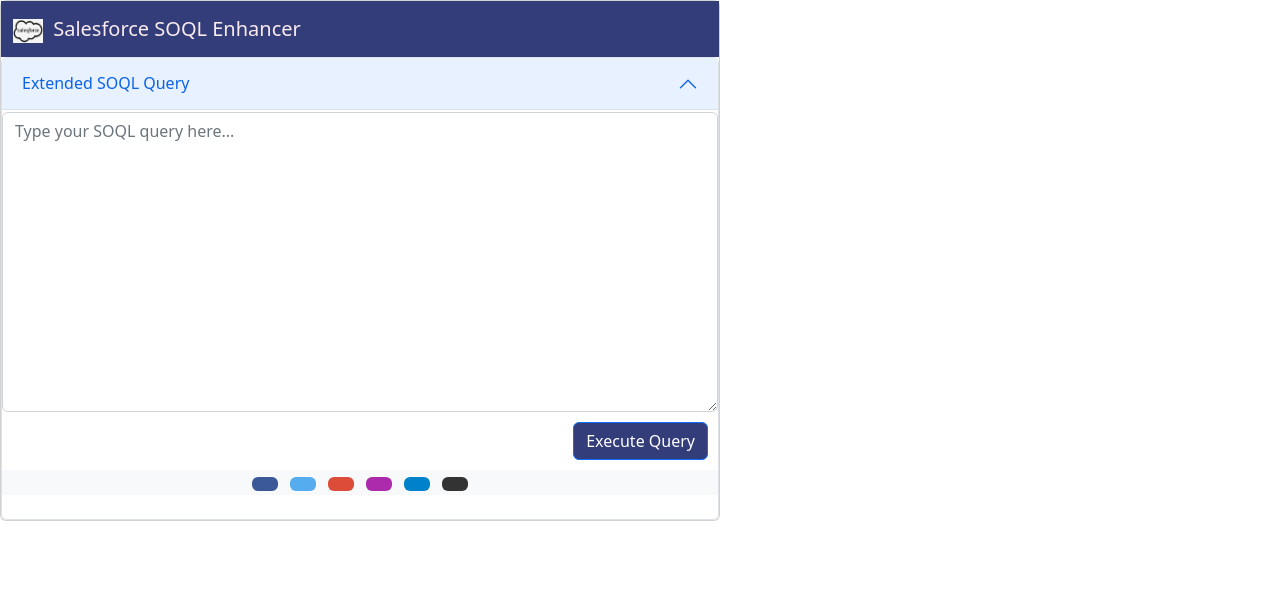
Repository: anweshpargi/salesforceExtension
Page: popup.html
An editor plug-in stored every save of this project. The page is shown before and after the next save, followed by the edit.
The browser window is 1280 px wide. The pictures show the whole page.

Above is the page before, as saved 2023-08-28 10:30:33.
Not found: js/jsforce.js

After the next save:
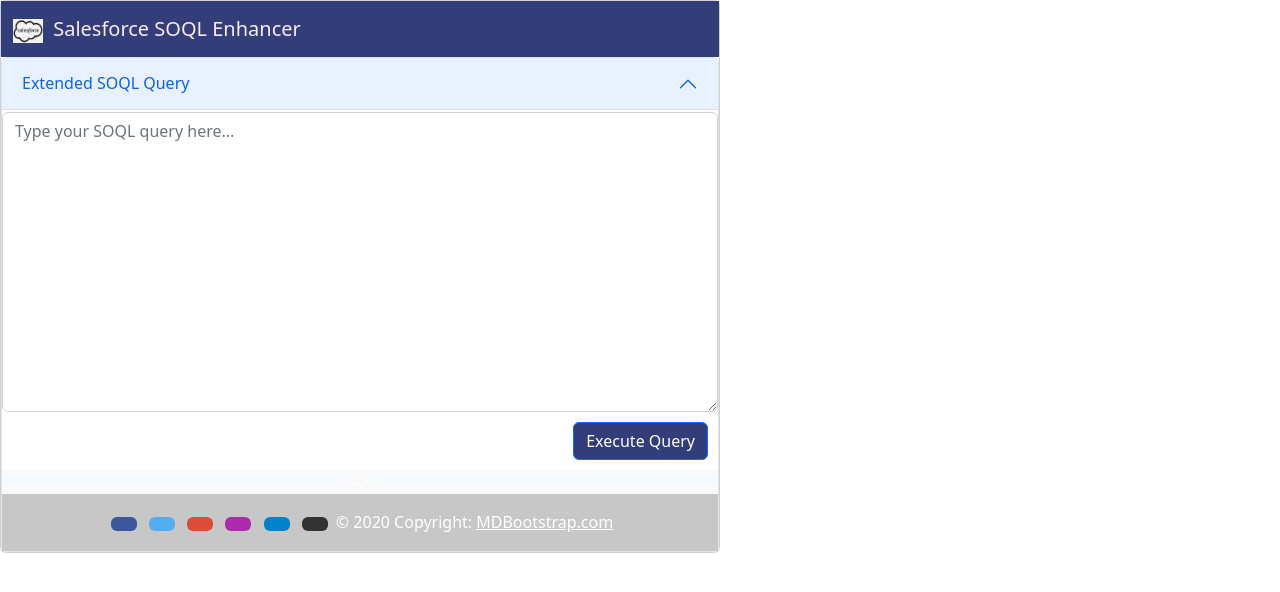
Saved 3 min 0 s later.
--- a/popup.html
+++ b/popup.html
@@ -59,69 +59,71 @@
                     <!-- Grid container -->
                     <!-- <div class="container p-4 pb-0"> -->
                       <!-- Section: Social media -->
-                      <section class="mb-4">
+                      <!-- <section class="mb-4">
                         <!-- Facebook -->
-                        <a
-                          class="btn text-white btn-floating m-1"
-                          style="background-color: #3b5998;"
-                          href="#!"
-                          role="button"
-                          ><i class="fab fa-facebook-f"></i
-                        ></a>
 
-                        <!-- Twitter -->
-                        <a
-                          class="btn text-white btn-floating m-1"
-                          style="background-color: #55acee;"
-                          href="#!"
-                          role="button"
-                          ><i class="fab fa-twitter"></i
-                        ></a>
-
-                        <!-- Google -->
-                        <a
-                          class="btn text-white btn-floating m-1"
-                          style="background-color: #dd4b39;"
-                          href="#!"
-                          role="button"
-                          ><i class="fab fa-google"></i
-                        ></a>
-
-                        <!-- Instagram -->
-                        <a
-                          class="btn text-white btn-floating m-1"
-                          style="background-color: #ac2bac;"
-                          href="#!"
-                          role="button"
-                          ><i class="fab fa-instagram"></i
-                        ></a>
-
-                        <!-- Linkedin -->
-                        <a
-                          class="btn text-white btn-floating m-1"
-                          style="background-color: #0082ca;"
-                          href="#!"
-                          role="button"
-                          ><i class="fab fa-linkedin-in"></i
-                        ></a>
-                        <!-- Github -->
-                        <a
-                          class="btn text-white btn-floating m-1"
-                          style="background-color: #333333;"
-                          href="#!"
-                          role="button"
-                          ><i class="fab fa-github"></i
-                        ></a>
-                      </section>
+                      <!-- </section> --> -->
                       <!-- Section: Social media -->
                     <!-- </div> -->
                     <!-- Grid container -->
 
                     <!-- Copyright -->
-                    <!-- <div class="text-center p-3" style="background-color: rgba(0, 0, 0, 0.2);">
+                    <div class="text-center p-3" style="background-color: rgba(0, 0, 0, 0.2);">
+
+                        <a
+                        class="btn text-white btn-floating m-1"
+                        style="background-color: #3b5998;"
+                        href="#!"
+                        role="button"
+                        ><i class="fab fa-facebook-f"></i
+                      ></a>
+
+                      <!-- Twitter -->
+                      <a
+                        class="btn text-white btn-floating m-1"
+                        style="background-color: #55acee;"
+                        href="#!"
+                        role="button"
+                        ><i class="fab fa-twitter"></i
+                      ></a>
+
+                      <!-- Google -->
+                      <a
+                        class="btn text-white btn-floating m-1"
+                        style="background-color: #dd4b39;"
+                        href="#!"
+                        role="button"
+                        ><i class="fab fa-google"></i
+                      ></a>
+
+                      <!-- Instagram -->
+                      <a
+                        class="btn text-white btn-floating m-1"
+                        style="background-color: #ac2bac;"
+                        href="#!"
+                        role="button"
+                        ><i class="fab fa-instagram"></i
+                      ></a>
+
+                      <!-- Linkedin -->
+                      <a
+                        class="btn text-white btn-floating m-1"
+                        style="background-color: #0082ca;"
+                        href="#!"
+                        role="button"
+                        ><i class="fab fa-linkedin-in"></i
+                      ></a>
+                      <!-- Github -->
+                      <a
+                        class="btn text-white btn-floating m-1"
+                        style="background-color: #333333;"
+                        href="#!"
+                        role="button"
+                        ><i class="fab fa-github"></i
+                      ></a>
                       © 2020 Copyright:
                       <a class="text-white" href="https://mdbootstrap.com/">MDBootstrap.com</a>
-                    </div> -->
+                    </div>
                     <!-- Copyright -->
                   </footer>
 
